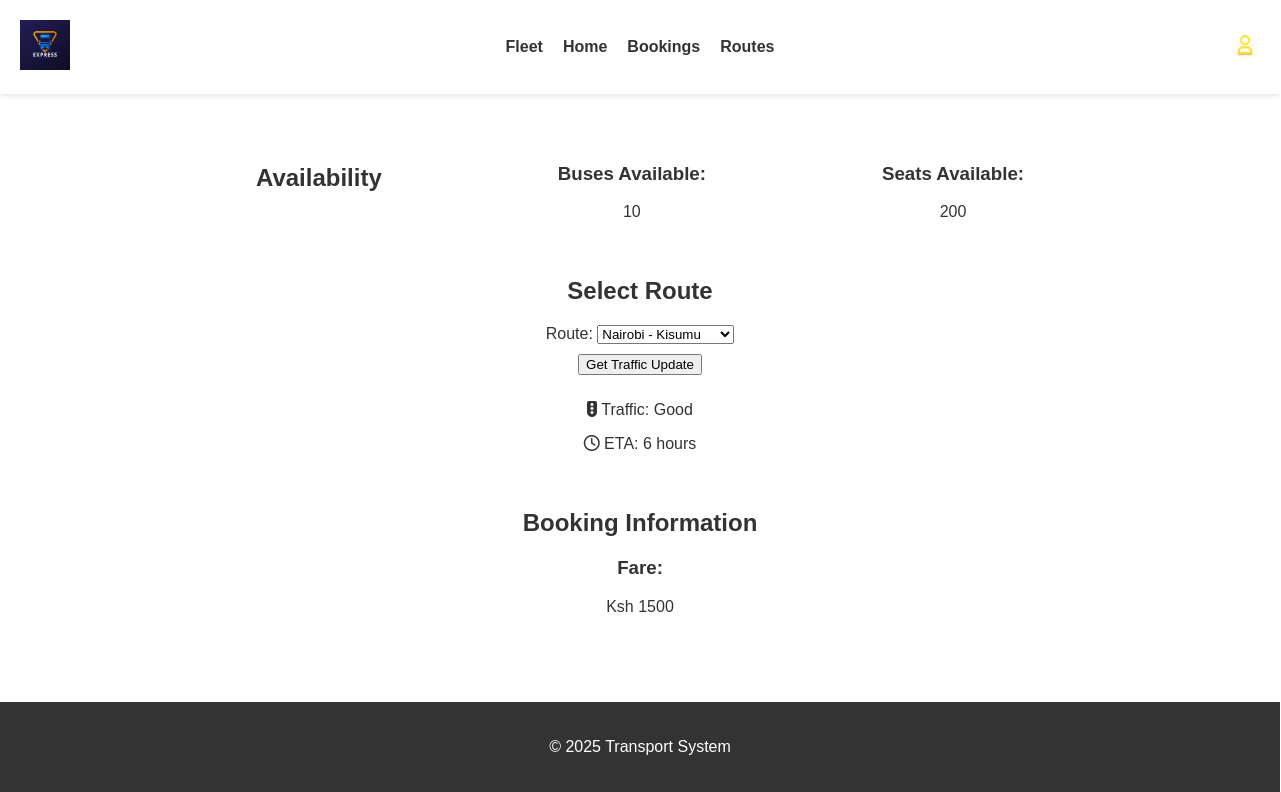
Repository: Ndegwa2/Smart-Transport-System
Page: client/booking.html
An editor plug-in stored every save of this project. The page is shown before and after the next save, followed by the edit.
The browser window is 1280 px wide. The page is 1280 px wide, then 1281 px, so the pictures cover 1281 px, including what lies to the right of the window. The pictures show the whole page.

Above is the page before, as saved 2025-04-02 18:51:09.
Console error: TypeError: Cannot set properties of null (setting 'innerHTML')

After the next save:
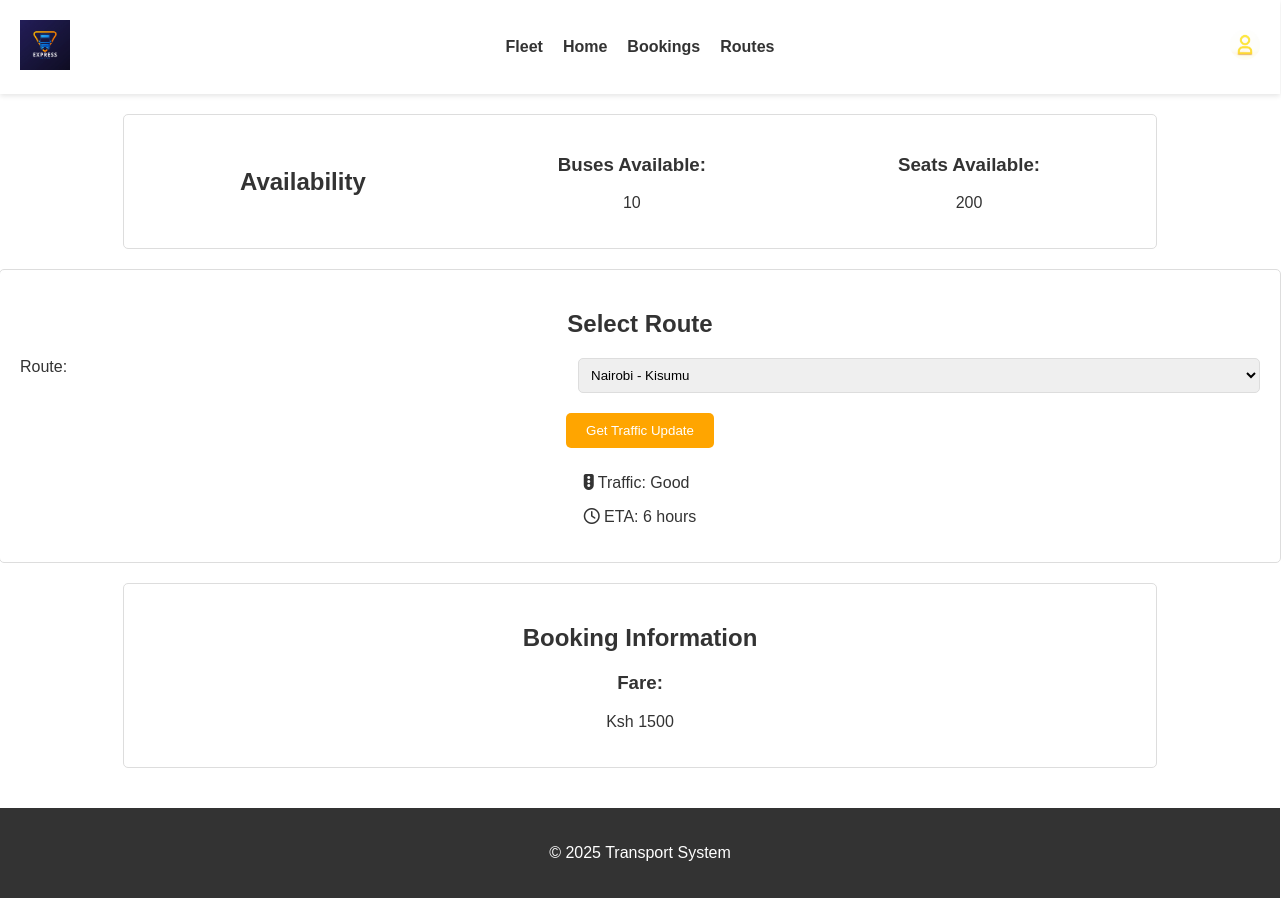
Saved 22 s later.
--- a/client/booking.css
+++ b/client/booking.css
@@ -264,16 +264,21 @@ footer {
     display: flex;
     flex-direction: column;
     align-items: center;
+    padding: 20px;
 }
 
 .booking-page section {
     margin-bottom: 20px;
     width: 80%;
+    border: 1px solid #ddd;
+    padding: 20px;
+    border-radius: 5px;
 }
 
 #availability {
     display: flex;
     justify-content: space-around;
+    align-items: center;
 }
 
 #availability div {
@@ -284,20 +289,53 @@ footer {
     display: flex;
     flex-direction: column;
     align-items: center;
+    width: 100%;
 }
 
 #route-form {
     display: flex;
     flex-direction: column;
     align-items: center;
+    width: 100%;
 }
 
 #route-form div {
     margin-bottom: 10px;
+    width: 100%;
+    display: flex;
+    justify-content: space-between;
+}
+
+#route-form label {
+    text-align: left;
+    width: 40%;
+}
+
+#route-form select {
+    width: 55%;
+    padding: 8px;
+    border-radius: 5px;
+    border: 1px solid #ddd;
+}
+
+#route-form button {
+    background-color: orange;
+    color: #fff;
+    border: none;
+    padding: 10px 20px;
+    border-radius: 5px;
+    cursor: pointer;
+    transition: background-color 0.3s ease;
+    margin-top: 10px;
+}
+
+#route-form button:hover {
+    background-color: #d97706;
 }
 
 #traffic-update {
     margin-top: 10px;
+    text-align: left;
 }
 
 #booking-info {
